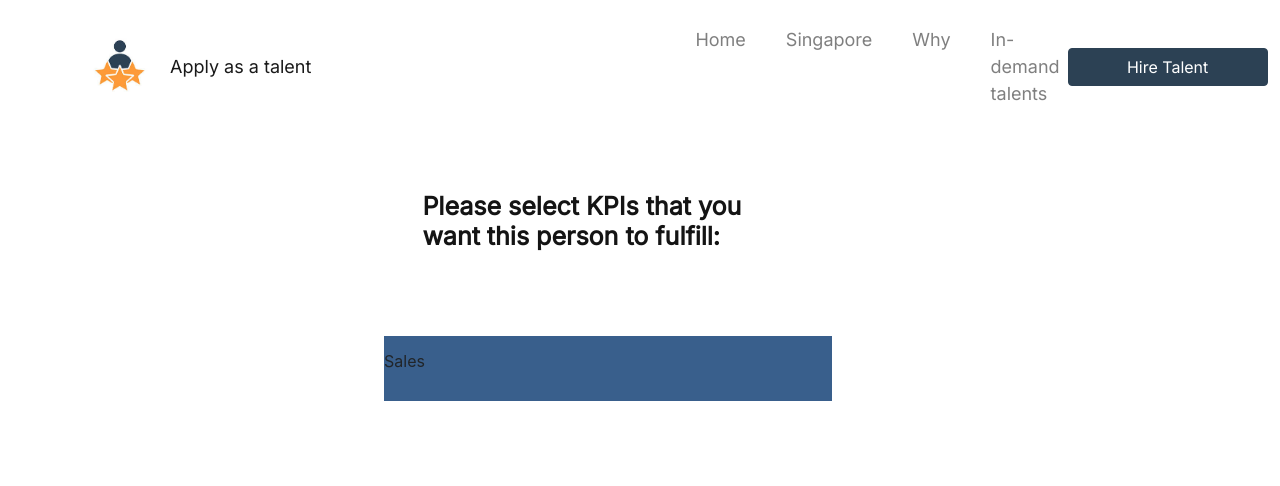
Repository: Ashwe9/talent-hire-reactJs
Page: /kpis
An editor plug-in stored every save of this project. The page is shown before and after the next save, followed by the edit.
The browser window is 1280 px wide. The pictures show the whole page.
The project was rebuilt for these pictures with package versions that can differ from the ones it lists, and the page was loaded fresh each time. A package was used in the major version that the imports need, not the one package.json lists. Also part of the build but not shown: src/homePage/components/TrustedBy/TrustedBy.css, src/homePage/components/TrustedBy/TrustedBy.js, src/homePage/components/Roles/Roles.css, src/homePage/components/Roles/Roles.js, src/homePage/components/homePageFooter/HomePageFooter.css, src/homePage/components/homePageFooter/HomePageFooter.js, src/homePage/HomePage.js, src/projectDetails/ProjectDetails.js.

Above is the page before, as saved 2022-08-18 13:58:33.

### public/index.html
<!DOCTYPE html>
<html lang="en">
  <head>
    <meta charset="utf-8" />
    <link rel="icon" href="%PUBLIC_URL%/favicon.ico" />
    <meta name="viewport" content="width=device-width, initial-scale=1" />
    <meta name="theme-color" content="#000000" />
    <meta
      name="description"
      content="Web site created using create-react-app"
    />
    <link rel="apple-touch-icon" href="%PUBLIC_URL%/logo192.png" />
    <link rel="manifest" href="%PUBLIC_URL%/manifest.json" />
    <link rel="stylesheet" href="https://stackpath.bootstrapcdn.com/bootstrap/4.4.1/css/bootstrap.min.css" integrity="sha384-Vkoo8x4CGsO3+Hhxv8T/Q5PaXtkKtu6ug5TOeNV6gBiFeWPGFN9MuhOf23Q9Ifjh" crossorigin="anonymous">
    <link href='https://fonts.googleapis.com/css?family=Inter' rel='stylesheet'>

    <title>App</title>
  </head>
  <body>
    <noscript>You need to enable JavaScript to run this app.</noscript>
    <div id="root"></div>
    <script src="https://code.jquery.com/jquery-3.4.1.slim.min.js" integrity="sha384-J6qa4849blE2+poT4WnyKhv5vZF5SrPo0iEjwBvKU7imGFAV0wwj1yYfoRSJoZ+n" crossorigin="anonymous"></script>
    <script src="https://cdn.jsdelivr.net/npm/popper.js@1.16.0/dist/umd/popper.min.js" integrity="sha384-Q6E9RHvbIyZFJoft+2mJbHaEWldlvI9IOYy5n3zV9zzTtmI3UksdQRVvoxMfooAo" crossorigin="anonymous"></script>
    <script src="https://stackpath.bootstrapcdn.com/bootstrap/4.4.1/js/bootstrap.min.js" integrity="sha384-wfSDF2E50Y2D1uUdj0O3uMBJnjuUD4Ih7YwaYd1iqfktj0Uod8GCExl3Og8ifwB6" crossorigin="anonymous"></script>  </body>
</html>

### src/App.js
import React from 'react'
import { BrowserRouter as Router, Route, Switch } from 'react-router-dom';
import { HomePage } from './homePage/HomePage';
import KPISPage from './kpisPage/KPISPage';
import ProjectDetails from './projectDetails/ProjectDetails';

function App() {
  return (
    <Router>
      <Switch>
        <Route exact path="/" component={HomePage} />
        <Route exact path="/kpis" component={KPISPage} />
        <Route exact path="/projectdetails" component={ProjectDetails} />
      </Switch>
    </Router>
  );
}

export default App;

### src/kpisPage/KPISPage.js
import React from 'react'
import './KPISPage.css'
import { Navbar } from '../shared-components/Navbar/Navbar'
import Header from './Header'
import DropDown from './DropDown'

const KPISPage = () => {
  return (
    <div>
      <Navbar />
      <Header />
      <DropDown title="Sales"/>
    </div>
  )
}

export default KPISPage

### src/shared-components/Navbar/Navbar.js
import React from 'react'
import './Navbar.css'

export const Navbar = () => {
  return (
    <nav className="navbar navbar-expand-lg navbar-light">
      <img src= {require('../../assets/icon.png')} className="icon"/>
      <a className="navbar-brand title" href="#">Apply as a talent</a>
      <button className="navbar-toggler" type="button" data-toggle="collapse" data-target="#navbarText" aria-controls="navbarText" aria-expanded="false" aria-label="Toggle navigation">
        <span className="navbar-toggler-icon"></span>
      </button>
      <div className="collapse navbar-collapse" id="navbarText">
        <ul className="navbar-nav mr-auto">
          <li className="nav-item">
            <a className="nav-link" href="#">Home</a>
          </li>
          <li className="nav-item">
            <a className="nav-link" href="#">Singapore</a>
          </li>
          <li className="nav-item">
            <a className="nav-link" href="#">Why</a>
          </li>
          <li className="nav-item">
            <a className="nav-link" href="#">In-demand talents</a>
          </li>
        </ul>
        <span className="navbar-text">
          <button className='btn btn-dark navbar-btn'>Hire Talent</button>
        </span>
      </div>
    </nav>
  )
}

### src/kpisPage/Header.js
import React from 'react'
import './Header.css'

const Header = () => {
  return (
    <div className='header-box'>
        <p className='header-by-title'>
            Please select KPIs that you want this person to fulfill:
        </p>
    </div>
  )
}

export default Header

### src/kpisPage/DropDown.js
import React from 'react'
import './DropDown.css'

const DropDown = ({title}) => {
  return (
    <div className='dropdown-box'>
        <p className='dropdown-title'>{title}</p>
    </div>
  )
}

export default DropDown

### src/shared-components/Navbar/Navbar.css
.icon{
    width: 80px;
}

.title{
    font-family: "Inter";
    font-style: normal;
    font-weight: 500;
    font-size: 18px;
    line-height: 28px;
    align-items: center;
    color: #444444;
    padding-left: 10px;
}

#navbarText{
    margin-left: 30%;
}
.navbar-items{
    margin: 0 35%;

}

.nav-item{
    font-family: "Inter";
    font-style: normal;
    font-weight: 500;
    font-size: 18px;
    align-items: center;
    color: #444444;
    padding-left: 24px;
}

.navbar-btn{
    font-family: "Inter";
    font-style: bold;
    background: #2c4154;
    /* padding: 5px 50px; */
    border-color: #2c4154;
    width: 200px;
}

.navbar{
    margin: 10px 5%;
}

@media only screen and (max-width: 600px) {
    body {
      background-color: lightblue;
    }
  }

### src/kpisPage/Header.css
.header-box{
    margin: 30px 30%;
    padding: 3%;
    align-items: center;
    width: 35%;
}

.header-by-title{
    font-family: "Inter";
    font-style: bolder;
    font-weight: 700;
    font-size: 25px;
    line-height: 30px;
    align-items: center;
    color: #141414;
}


@media only screen and (max-width: 700px) {

    .header-by-title{
        font-size: 16px;
    }

    .header-box{
        margin-left: 90px;
        width: 100%;
    }
  }
@media only screen and (max-width: 450px) {
    .header-by-title{
        font-size: 13px;
    }
    .header-box{
        margin-left: 70px;
        width: 100%;
    }
}

### src/kpisPage/DropDown.css
.dropdown-box{
    margin: 0px 30%;
    align-items: center;
    padding-top: 1%;
    padding-bottom: 1%;
    width: 35%;
    background-color: #395f8c;
}

.dropdown-by-title{
    font-family: "Inter";
    font-style: bolder;
    font-weight: 900;
    font-size: 35px;
    line-height: 70px;
    align-items: center;
}


@media only screen and (max-width: 700px) {

    .dropdown-by-title{
        font-size: 16px;
    }

    .dropdown-box{
        margin-left: 90px;
        width: 100%;
    }
  }
@media only screen and (max-width: 450px) {
    .dropdown-by-title{
        font-size: 13px;
    }
    .dropdown-box{
        margin-left: 70px;
        width: 100%;
    }
}

Loaded but not shown: src/index.js (common file); src/reportWebVitals.js (common file); src/index.css (no stored copy; drawn as an empty file); src/kpisPage/KPISPage.css (no stored copy; drawn as an empty file)

After the next save:
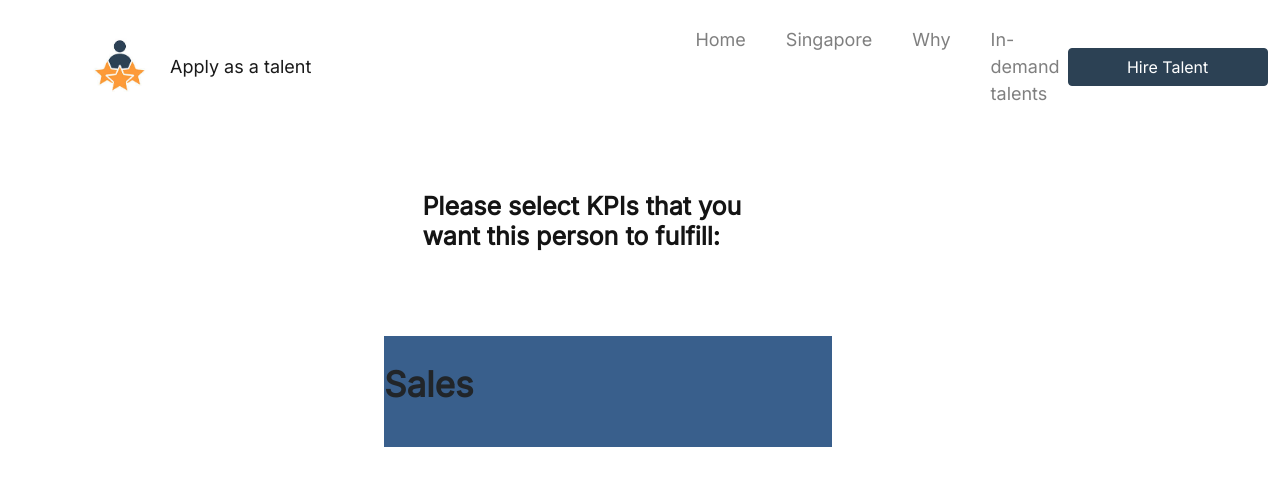
Saved 7 s later.
--- a/src/kpisPage/DropDown.css
+++ b/src/kpisPage/DropDown.css
@@ -7,7 +7,7 @@
     background-color: #395f8c;
 }
 
-.dropdown-by-title{
+.dropdown-title{
     font-family: "Inter";
     font-style: bolder;
     font-weight: 900;
